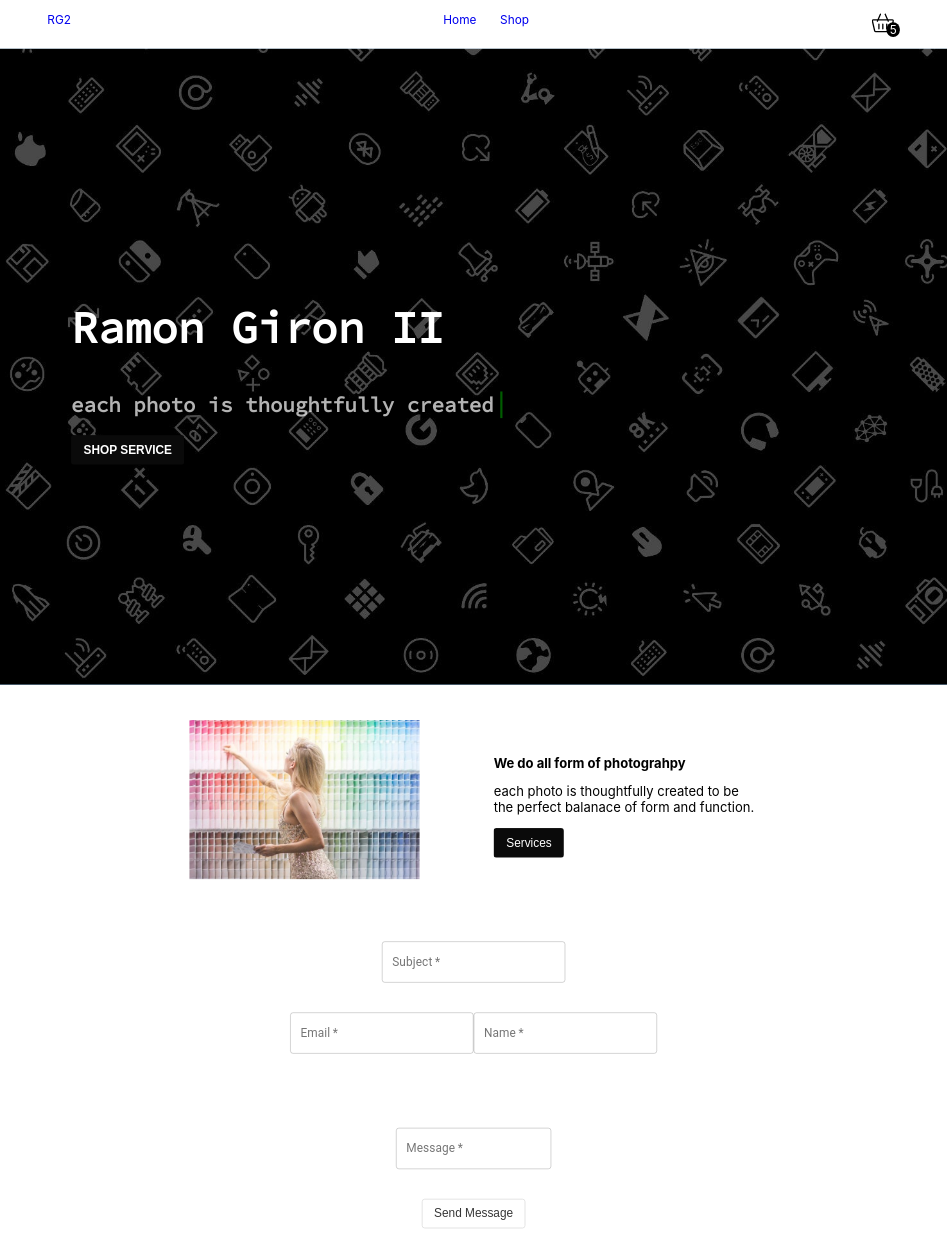
Repository: realistmccoy/coolify
Page: / (app in personalecom/)
The author's editor kept a copy of each file at every save. The page is drawn from the files as they stood at one save, then again after a run of saves.
The browser window is 1280 px wide. The pictures show the whole page, at 74% of full size.
The project was rebuilt for these pictures with package versions that can differ from the ones it lists, and the page was loaded fresh each time.

Above is the page before, as saved 2021-02-21 23:40:27.

After the next 2 saves:
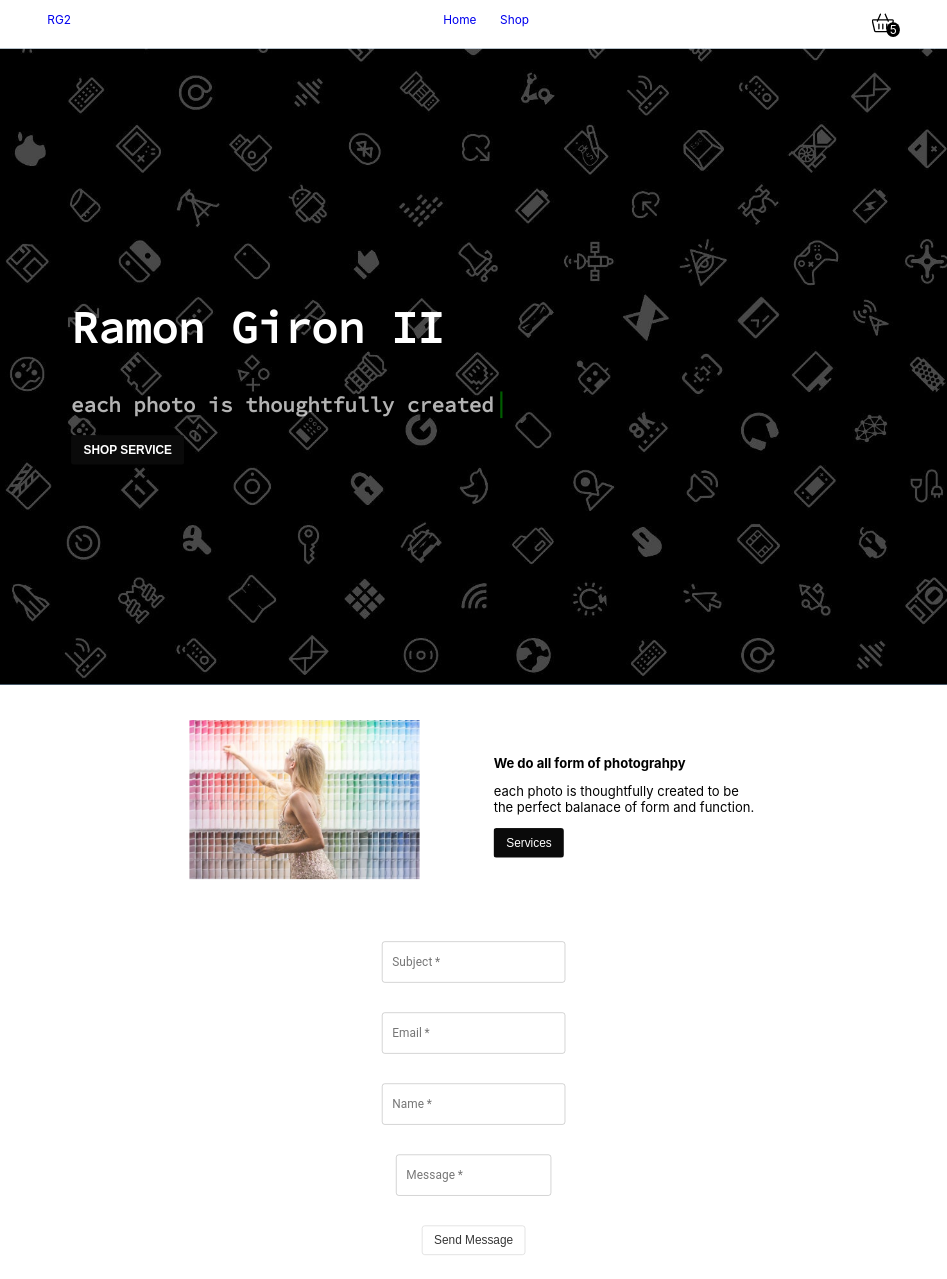
The 2 saves are shown as one change because they came seconds apart.
The last was saved 7 s later.
--- a/personalecom/src/components/contactform/contactForm.jsx
+++ b/personalecom/src/components/contactform/contactForm.jsx
@@ -92,6 +92,10 @@ state = {name:"",message:"",email:"",subject:"",sent:false,buttonText:"Send Mess
           type="email"
         />
 
+
+        <br />
+        <br />
+        <br />
         <TextField
           id="outlined-basic"
           placeholder="Enter your name"
@@ -102,10 +106,6 @@ state = {name:"",message:"",email:"",subject:"",sent:false,buttonText:"Send Mess
           required
           type="text"
         />
-        <br />
-        <br />
-        <br />
-
 
         <br />
         <br />
